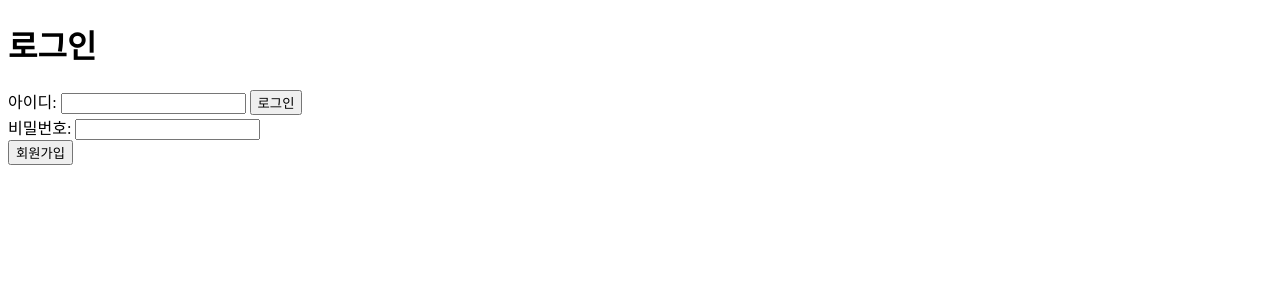
Repository: Chojaejun/javastudy
Page: HelloWorld/WebContent/Test4.html
An editor plug-in stored every save of this project. The page is shown before and after the next save, followed by the edit.
The browser window is 1280 px wide. The pictures show the whole page.

Above is the page before, as saved 2020-12-07 03:16:42.

After the next save:
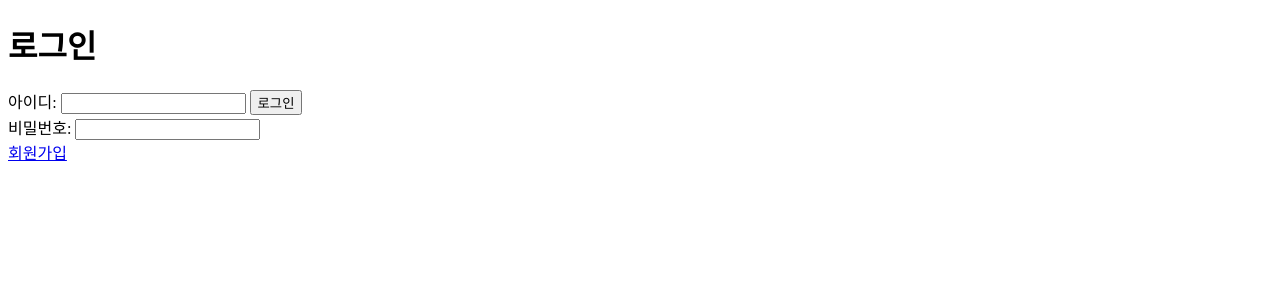
Saved 62 s later.
--- a/HelloWorld/WebContent/Test4.html
+++ b/HelloWorld/WebContent/Test4.html
@@ -15,7 +15,7 @@
 <input id="ps" type="password" name="ps">
 <br>
 
-<input id="su" type="submit" value="회원가입">
+<a href="test.1">회원가입</a>
 
 </form>
 
